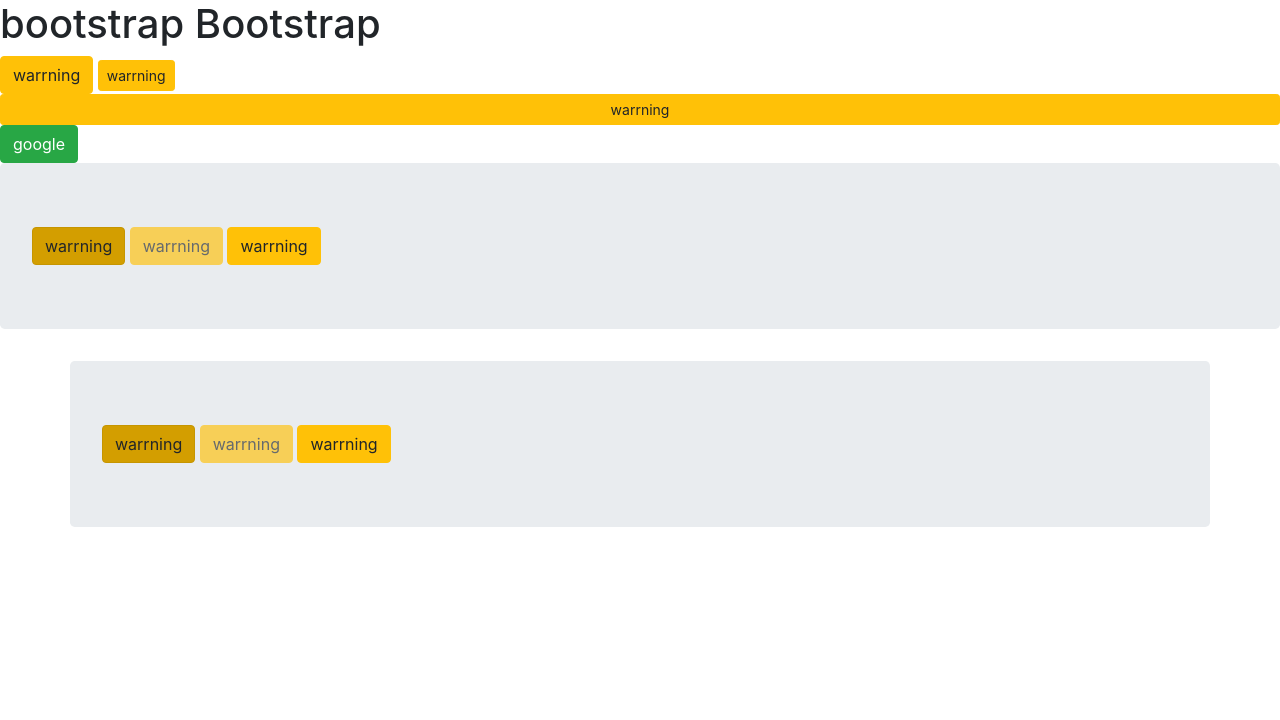
Repository: Mietlicha/exercise2
Page: index.html
An editor plug-in stored every save of this project. The page is shown before and after the next save, followed by the edit.
The browser window is 1280 px wide. The pictures show the whole page.

Above is the page before, as saved 2019-10-22 17:18:44.

After the next save:
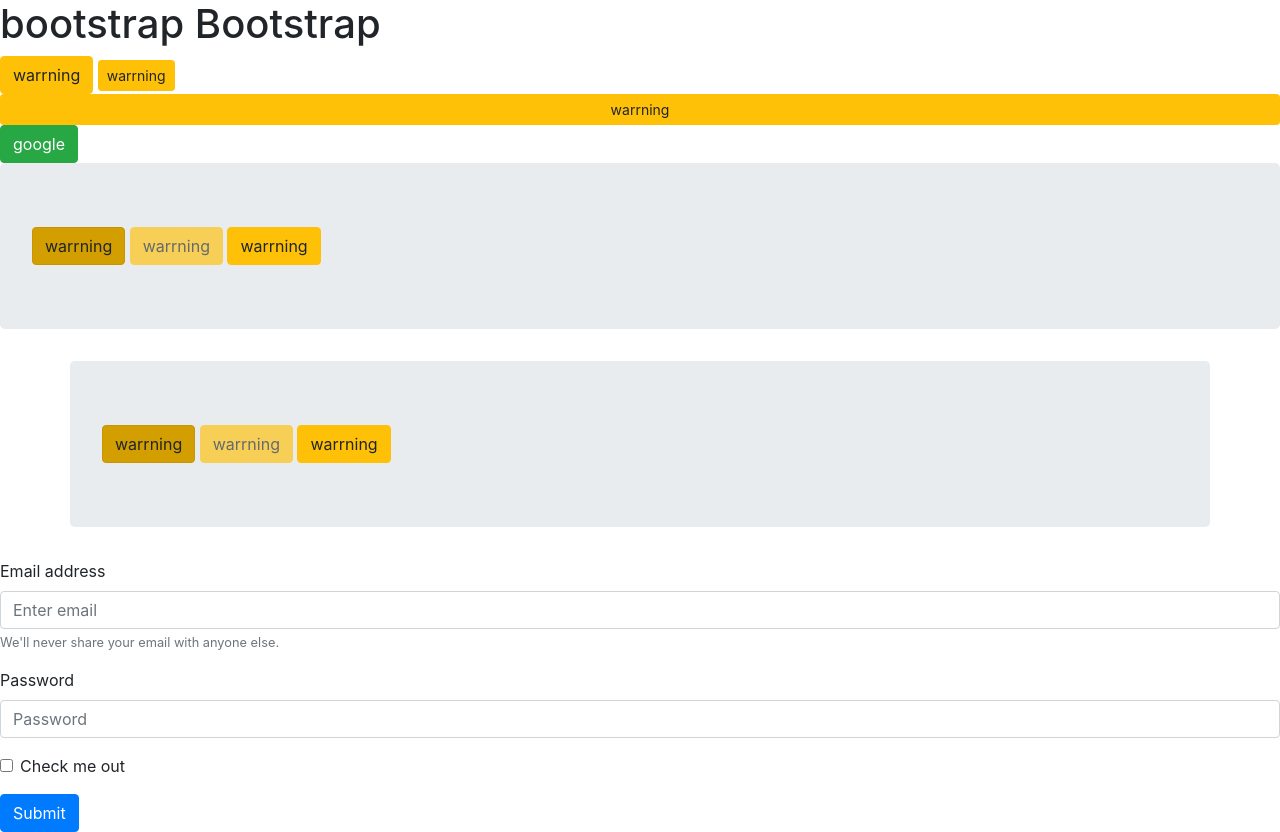
Saved 7 min 46 s later.
--- a/index.html
+++ b/index.html
@@ -25,5 +25,21 @@
     <button class="btn btn-warning">warrning</button>
     </div>
 
+    <form>
+        <div class="form-group">
+          <label for="exampleInputEmail1">Email address</label>
+          <input type="email" class="form-control" id="exampleInputEmail1" aria-describedby="emailHelp" placeholder="Enter email">
+          <small id="emailHelp" class="form-text text-muted">We'll never share your email with anyone else.</small>
+        </div>
+        <div class="form-group">
+          <label for="exampleInputPassword1">Password</label>
+          <input type="password" class="form-control" id="exampleInputPassword1" placeholder="Password">
+        </div>
+        <div class="form-group form-check">
+          <input type="checkbox" class="form-check-input" id="exampleCheck1">
+          <label class="form-check-label" for="exampleCheck1">Check me out</label>
+        </div>
+        <button type="submit" class="btn btn-primary">Submit</button>
+      </form>
 </body>
 </html>
